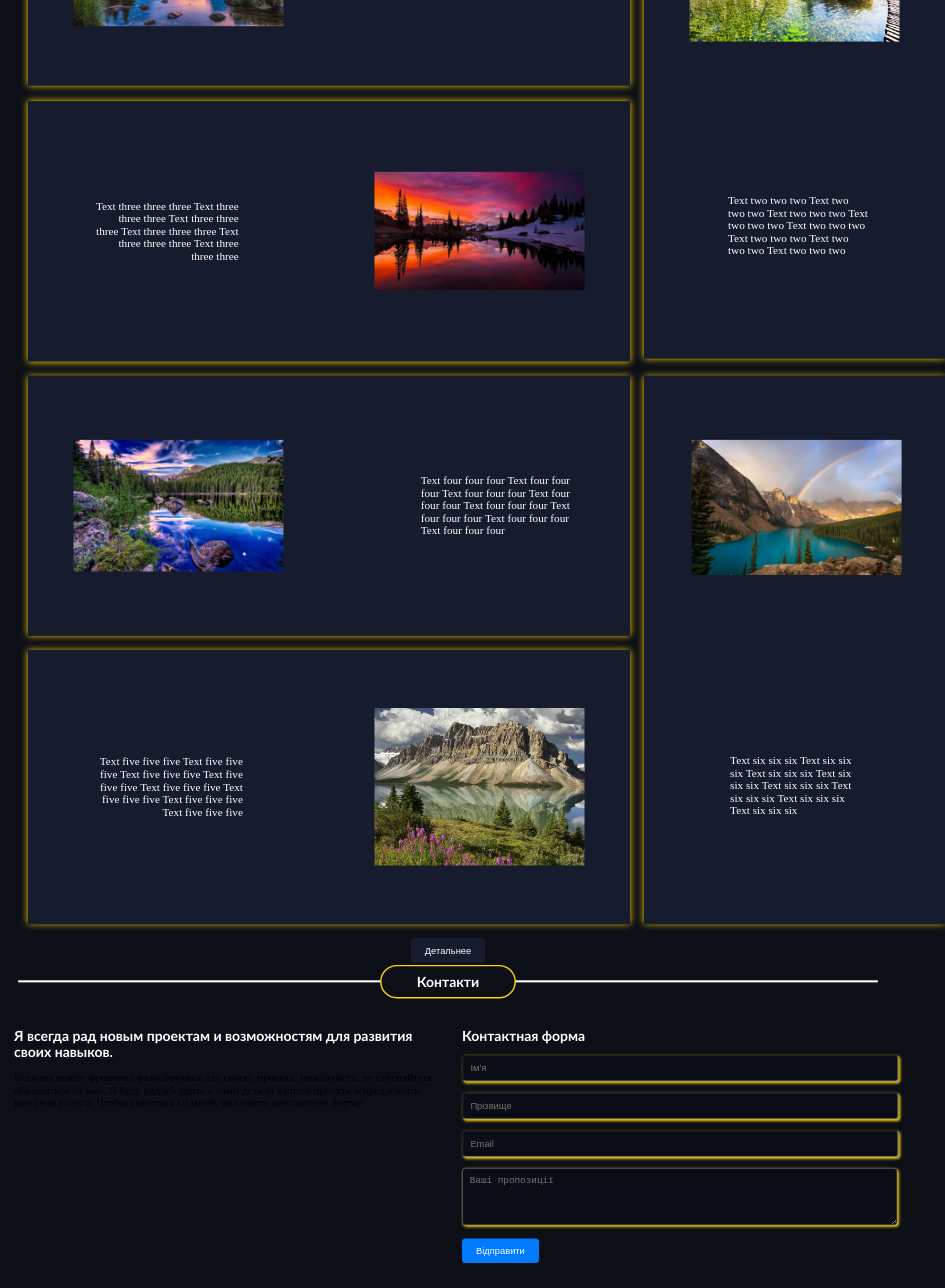
Repository: qtqqrdy13/cv-2
Page: index.html
The author's editor kept a copy of each file at every save. The page is drawn from the files as they stood at one save, then again after the next save.
The browser window is 1280 px wide. The page is 1350 px wide, so the pictures cover 1350 px, including what lies to the right of the window. The pictures show the part of the page from y = 3228 to 5068 px (the page is 5068 px tall), at 70% of full size.

Above is the page before, as saved 2023-10-12 15:52:56.

### index.html
<!DOCTYPE html>
<html lang="en">

<head>
    <link rel="stylesheet" href="main.css">
    <meta charset="UTF-8">
    <meta name="viewport" content="width=device-width, initial-scale=1.0">
    <title>Батуров Олексій</title>
</head>

<body>
    <!--Navigation-->
    <header>
        <div class="logo">
            <img src="../cv 2/image/media/logo.png" alt="logo">
        </div>
        <nav>
            <ul>
                <li><a href="">Головна</a></li>
                <li><a href="#about">Про мене</a></li>
                <li><a href="#skills">Мої скіли</a></li>
                <li><a href="#portfolio">Портфоліо</a></li>
                <li><a href="">Контакти</a></li>
            </ul>
        </nav>
    </header>
    <!--Navigation-->

    <!--Two images-->
    <div class="container-top">
        <div class="img-container">
            <img class="img-1" src="../cv 2/image/code.gif" alt="">
            <img class="img-2" src="../cv 2/image/photo_2023-09-09_18-51-06.jpg" alt="">
        </div>
        <!--Two images-->

        <!--About Oleksiy-->
        <div class="container-text">
            <div id="about"></div>
            <div class="text-block">
                <h1>Олексій Батуров</h1>
            </div>
        </div>
    </div>
    <div class="description">
        <p>Я професіонал, чия пристрасть до веб-розробки
            помітна в кожному рядку коду, який я створюю.
            За час моєї практики я набув глибоких знань у
            різних галузях веб-технологій, включаючи HTML,
            CSS, JavaScript, а також популярні фреймворки
            та бібліотеки. Мої навички дозволяють мені
            створювати унікальні та сучасні веб-сайти,
            які поєднують у собі функціональність, стиль
            та оптимальну продуктивність. </p>
    </div>
    <!--About Oleksiy-->

    <!--Edge-->
    <div id="about_us">
        <div class="announcement">
            <h2 class="title">
                Скіли
            </h2>
        </div>
    </div>
    <!--Edge-->

    <!--Skills-->
    <div id="skills"></div>
    <div class="container">
        <div class="row">
            <div class="block">
                <h2>Скіли Дизайнера</h2>
                <div class="content">
                    <ul>
                        <li>Figma</li>
                        <li>Photoshop</li>
                        <li>Illustrator</li>
                        <li>Scratch</li>
                        <li>AdobeXD</li>
                        <li>Corel Draw</li>
                    </ul>
                </div>
            </div>
            <div class="block">
                <h2>Скіли Front-End розробника</h2>
                <div class="content">
                    <ul>
                        <li>HTML</li>
                        <li>CSS</li>
                        <li>JavaScript</li>
                        <li>ReactJS</li>
                        <li>ReactNative</li>
                        <li>AngularJS</li>
                        <li>NodeJS</li>
                        <li>VueJS</li>
                        <li>JQuerry</li>
                        <li>TypeScript</li>
                        <li>PHPMyAdmin</li>
                    </ul>
                </div>
            </div>
            <div class="block">
                <h2>Володіння CMS - платформами</h2>
                <div class="content">
                    <ul>
                        <li>WordPress</li>
                        <li>OpenCard</li>
                        <li>Joomla</li>
                        <li>Drupal</li>
                        <li>TYPEO3</li>
                    </ul>
                </div>
            </div>
        </div>
    </div>
    <!--Skills-->

    <!--Edge-->
    <div id="about_us">
        <div class="announcement">
            <h2 class="title">
                Портфоліо
            </h2>
        </div>
    </div>
    <!--Edge-->

    <!--Portfolio-->
    <div class="angry-grid">
        <div id="portfolio"></div>
        <div id="item-0">
            <img src="../cv 2/image/media/1.jpg" alt="Image 0" />
            <p>Text one one one Text one one one Text one one one Text one one one
                Text one one one Text one one one Text one one one Text one one one
            </p>
        </div>
        <div id="item-1">
            <img src="../cv 2/image/media/2.jpg" alt="Image 1" />
            <p>Text two two two Text two two two Text two two two Text two two two
                Text two two two Text two two two Text two two two Text two two two
            </p>
        </div>
        <div id="item-2">
            <div class="content-container">
                <p>Text three three three Text three three three Text three three three
                    Text three three three Text three three three Text three three three
                </p>
                <img src="../cv 2/image/media/3.jpg" alt="Image 2" />
            </div>
        </div>
        <div id="item-3">
            <img src="../cv 2/image/media/4.jpg" alt="Image 3" />
            <p>Text four four four Text four four four Text four four four Text four four four
                Text four four four Text four four four Text four four four Text four four four
            </p>
        </div>
        <div id="item-4">
            <div class="content-container">
                <p>Text five five five Text five five five Text five five five Text five five five
                    Text five five five Text five five five Text five five five Text five five five
                </p>
                <img src="../cv 2/image/media/5.jpg" alt="Image 4" />
            </div>
        </div>
        <div id="item-5">
            <img src="../cv 2/image/media/6.jpg" alt="Image 5" />
            <p>Text six six six Text six six six Text six six six Text six six six
                Text six six six Text six six six Text six six six Text six six six
            </p>
        </div>
    </div>

    <div class="detail-button">
        <button>Детальнее</button>
    </div>
    <!--Portfolio-->
    <!--Edge-->
    <div id="about_us">
        <div class="announcement">
            <h2 class="title">
                Контакти
            </h2>
        </div>
    </div>
    <!--Edge-->
    </div>
    <div class="container_contact">
        <div class="text">
            <h2>Я всегда рад новым проектам и возможностям для развития своих навыков. </h2>
            <p>Если вы ищете фронтенд-разработчика для своего проекта, пожалуйста, не стесняйтесь обращаться ко мне. Я
                буду рад обсудить с вами детали вашего проекта и предложить вам свои услуги.

                Чтобы связаться со мной, заполните контактную форму</p>
        </div>
        <div class="form">
            <h2>Контактная форма</h2>
            <form method="post">
                <div class="form-group">
                    <input type="text" id="name" name="name" placeholder="Ім'я" required>
                </div>
                <div class="form-group">
                    <input type="text" id="secondname" name="secondname" placeholder="Прізвище" required>
                </div>
                <div class="form-group">
                    <input type="text" id="email" name="email" placeholder="Email">
                </div>
                <div class="form-group">
                    <textarea id="message" name="message" rows="4" placeholder="Ваші пропозиції" required></textarea>
                </div>
                <div class="form-group">
                    <button type="submit">Відправити</button>
                </div>
            </form>
        </div>
    </div>
</body>

</html>

### main.css
body {
    background-color: #0d0f17;
    margin: 0;
    padding: 0;

}

/*Navigation*/
header {
    background-color: #161C2E;
    color: white;
    padding: 10px 0px;
    position: fixed;
    top: 0;
    width: 100%;
    display: flex;
    justify-content: space-between;
    align-items: center;
    z-index: 1000;
}

.logo img {
    height: 50px;
    margin-left: 50px;
}

nav ul {
    list-style: none;
    margin-right: 50px;
}

nav li {
    display: inline;
    margin-right: 50px;
    position: relative; /* Добавляем позицию относительно элементов меню */
}

nav a {
    text-decoration: none;
    color: white;
    font-weight: bold;
    font-size: 18px;
}

nav a:hover {
    color: gold;
    font-size: 18px;
    text-shadow: 0 0 10px gold;
    transform: scale(1.05);
    transition: transform 0.6s ease-in-out;
}

/* Добавляем стили для анимации */
nav li::before {
    content: "";
    position: absolute;
    width: 100%;
    height: 2px;
    background-color: gold;
    bottom: 0;
    left: 0;
    transform: scaleX(0); /* Изначально нулевая ширина */
    transform-origin: right;
    transition: transform 0.3s ease-in-out;
}

nav li::after {
    content: "";
    position: absolute;
    width: 100%;
    height: 2px;
    background-color: gold;
    bottom: 0;
    right: 0;
    transform: scaleX(0); /* Изначально нулевая ширина */
    transform-origin: left;
    transition: transform 0.3s ease-in-out;
}

nav li:hover::before,
nav li:hover::after {
    transform: scaleX(1); /* Увеличиваем ширину до 100% */
}


/*Two images*/
.container-top {
    display: flex;
    flex-direction: column;
    align-items: center;
    width: 100%;
    overflow: visible;
    position: relative;
}

.img-container {
    width: 100%;
    max-width: 100vw;
    position: relative;
    overflow: visible;
    order: 1;
}

.img-1 {
    width: 100%;
    height: 500px;
    position: relative;
}
.img-1:hover{
    animation: slideUp 2s ease-in-out infinite alternate;
}

.img-2 {
    width: 400px;
    height: 400px;
    max-width: 100%;
    position: absolute;
    top: calc(60% + 10%);
    left: 50%;
    transform: translateX(-50%);
    z-index: 2;
    border-radius: 50%;
    transition: transform 0.5s ease;
}

.img-2:hover {
    transform: translateX(-50%) rotate(360deg);
    animation: spin 2s linear infinite;
}

@keyframes spin {
    0% { transform: translateX(-50%) rotate(0deg); }
    100% { transform: translateX(-50%) rotate(360deg); }
}

@keyframes slideUp {
    0% {
        transform: translateY(0);
    }

    100% {
        transform: translateY(-20px);
    }
}

@media screen and(max-width: 768px) {
    .container {
        padding: 2px;
    }

    .img-1,
    .img-2 {
        height: auto;
    }
}

/*About Oleksiy*/
.container-text {
    display: flex;
    flex-direction: column;
    align-items: center;
    justify-content: center;
    height: 100vh;
    order: 2;
}

.text-block {
    width: 530px;
    height: 214px;
    font-size: 60px;
    text-align: center;
    color: white;
    animation: fadeIn 2s ease-in-out;
    margin: 0 auto;
}

.description {
    width: 700px;
    height: 256px;
    text-align: center;
    color: white;
    animation: slideIn 2s ease-in-out;
    margin: 0 auto;
    margin-bottom: 10%;
}

@keyframes fadeIn {
    0% {
        opacity: 0;
    }

    100% {
        opacity: 1;
    }
}

@keyframes slideIn {
    0% {
        transform: translateY(-20px);
        opacity: 0;
    }

    100% {
        transform: translateY(0);
        opacity: 1;
    }
}

/* Адаптация для мелких скринов */
@media (max-width: 600px) {
    .text-block {
        font-size: 36px;
    }

    .description {
        font-size: 18px;
    }
}

/* Адаптация для планшей */
@media (min-width: 601px) and (max-width: 1024px) {
    .text-block {
        font-size: 48px;
    }

    .description {
        font-size: 24px;
    }
}

@media (min-width: 1025px) {
    .text-block {
        font-size: 72px;
    }

    .description {
        font-size: 30px;
    }
}

/*Edge*/
.announcement {
    height: 3px;
    background-color: white;
    display: flex;
    justify-content: center;
    align-items: center;
    margin: 2% 2%;
}

.title {
    animation-name: fade-in;
    animation-duration: 0.3s;
    text-align: center;
    text-decoration: none;
    color: white;
    border: 2px solid gold;
    background-color: #0d0f17;
    border-radius: 30px;
    padding: 10px 50px;
}

.title:hover {

    color: gold;
    font-size: 26px;
    box-shadow: 0 0 6px gold;
}

@keyframes fade-in {
    from {
        opacity: 0;
    }

    to {
        opacity: 1;
    }
}

/*Skills*/
.container {
    display: flex;
    flex-direction: column;
    align-items: center;
}

.row {
    display: flex;
    flex-wrap: wrap;
    justify-content: space-between;
}

.block {
    border: 2px solid gold;
    margin: 10px;
    padding: 20px;
    animation: fade-in 1s ease-in-out;
    width: calc(50% - 20px);
    height: 400px;
    box-shadow: 1px 1px 6px gold;
    text-align: center;
    box-sizing: border-box;
    display: flex;
    flex-direction: column;
    justify-content: flex-start;
    align-items: center;
}

.block:hover {
    box-shadow: 2px 2px 12px gold;
}

h2 {
    font-size: 20px;
    font-family: 'Trebuchet MS', 'Lucida Sans Unicode', 'Lucida Grande', 'Lucida Sans', Arial, sans-serif;
    margin-top: 10px 0 0 0;
    color: white;
}

.content {
    display: flex;
    flex-direction: column;
    align-items: center;
    justify-content: center;
    height: 100%;
}

.content ul {
    list-style-type: square;
    padding-left: 20px;
    margin: 0;
}

h2:hover {
    font-size: 21px;
    text-shadow: 0px 0px 12px white;
}

.content li {
    font-size: 18px;
    color: white;
}

.content li:hover {
    font-size: 19px;
    text-shadow: 0px 0px 12px white;
}

@keyframes fade-in {
    0% {
        opacity: 0;
    }

    100% {
        opacity: 1;
    }
}

@media screen and (max-width: 1024px) {
    .block {
        padding: 10px;
        width: calc(50% - 20px);
        height: 250px;
    }

    .block h2 {
        font-size: 18px;
    }

    .content li {
        font-size: 16px;
    }
}

@media screen and (max-width: 750px) {
    .block {
        padding: 10px;
        width: calc(50% - 20px);
        height: 200px;
    }

    .block h2 {
        font-size: 16px;
    }

    .content li {
        font-size: 14px;
    }
}


@media screen and (min-width: 1200px) {
    .block {
        width: 400px;
        height: 400px;
    }

    .row {
        justify-content: center;
        width: calc(65% - 10px)
    }
}

/*Portfolio*/
.angry-grid {
    display: grid;
    grid-template-rows: 1fr 1fr 1fr 1fr;
    grid-template-columns: 1fr 1fr 1fr 1fr 1fr;
    margin: 0 auto;
    max-width: 1200px;
    padding: 0 15px;
}

#item-0 {
    background-color: #161C2E;
    grid-row-start: 1;
    grid-column-start: 1;
    grid-row-end: 2;
    grid-column-end: 3;
    margin-bottom: 20px;
    width: 860px;
    height: 370px;
    box-shadow: 0 0 10px gold;
    display: grid;
    grid-template-columns: 3fr 1fr;
    align-items: center;
    transition: transform 0.6s ease-in-out;
}

#item-0:hover {
    box-shadow: 0 0 18px gold;
    border-radius: 10px;
    transform: scale(1.05);
}

#item-0 img {
    max-width: 300px;
    max-height: 300px;
    margin-left: 65px;
}

#item-0 p {
    margin-right: 90px;
    margin-left: -90px;
    color: white;
}

#item-1 {
    background-color: #161C2E;
    grid-row-start: 1;
    grid-column-start: 3;
    grid-row-end: 3;
    grid-column-end: 4;
    margin-left: 20px;
    width: 430px;
    height: 760px;
    box-shadow: 0 0 10px gold;
    display: grid;
    grid-template-columns: 1fr;
    grid-template-rows: 1fr auto;
    align-items: center;
    justify-items: center;
    transition: transform 0.6s ease-in-out;
}

#item-1:hover {
    box-shadow: 0 0 18px gold;
    border-radius: 10px;
    transform: scale(1.05);
}

#item-1 img {
    max-width: 300px;
    max-height: 300px;
    margin-top: -100px;

}

#item-1 p {
    margin-right: 90px;
    margin-bottom: 125px;
    margin-left: 100px;
    color: white;
    padding: 20px;
}

#item-2 {
    background-color: #161C2E;
    grid-row-start: 2;
    grid-column-start: 1;
    grid-row-end: 3;
    grid-column-end: 3;
    margin-bottom: 20px;
    box-shadow: 0 0 10px gold;
    display: grid;
    grid-template-columns: 1fr;
    align-items: center;
    transition: transform 0.6s ease-in-out;
}

#item-2 .content-container {
    display: flex;
    flex-direction: row;
    align-items: center;
    justify-content: space-between;
}

#item-2 img {
    max-width: 300px;
    max-height: 300px;
    margin-right: 65px;
}

#item-2 p {
    flex: 1;
    margin-right: 20px;
    color: white;
    text-align: right;
    margin-right: 100px;
    padding: 94px;
}

#item-2:hover {
    box-shadow: 0 0 18px gold;
    border-radius: 10px;
    transform: scale(1.05);
}

#item-3 {
    background-color: #161C2E;
    grid-row-start: 3;
    grid-column-start: 1;
    grid-row-end: 4;
    grid-column-end: 3;
    margin-bottom: 20px;
    box-shadow: 0 0 10px gold;
    display: flex;
    align-items: center;
    justify-content: center;
    transition: transform 0.6s ease-in-out;
}

#item-3:hover {
    box-shadow: 0 0 18px gold;
    border-radius: 10px;
    transform: scale(1.05);
}

#item-3 img {
    max-width: 300px;
    max-height: 300px;
    margin-left: 65px;
}

#item-3 p {
    margin-right: -50px;
    margin-left: 71px;
    color: white;
    padding: 125px;
}

#item-4 {
    background-color: #161C2E;
    grid-row-start: 4;
    grid-column-start: 1;
    grid-row-end: 5;
    grid-column-end: 3;
    box-shadow: 0 0 10px gold;
    display: grid;
    grid-template-columns: 1fr auto;
    align-items: center;
    transition: transform 0.6s ease-in-out;
}

#item-4 .content-container {
    display: flex;
    flex-direction: row;
    align-items: center;
    justify-content: space-between;
    flex-wrap: nowrap;
}

#item-4 img {
    max-width: 300px;
    max-height: 300px;
    margin-right: 65px;
}

#item-4 p {
    color: white;
    text-align: right;
    margin-right: 129px;
    margin-left: 43px;
    padding: 59px;
}

#item-4:hover {
    box-shadow: 0 0 18px gold;
    border-radius: 10px;
    transform: scale(1.05);
}

#item-5 {
    background-color: #161C2E;
    grid-row-start: 3;
    grid-column-start: 3;
    grid-row-end: 5;
    grid-column-end: 4;
    margin-left: 20px;
    box-shadow: 0 0 10px gold;
    display: grid;
    grid-template-rows: 1fr auto;
    justify-content: center;
    align-items: center;
    align-content: space-between;
    transition: transform 0.6s ease-in-out;
}

#item-5 img {
    max-width: 300px;
    max-height: 300px;
    margin-top: -124px;
    margin-left: 68px;
}

#item-5 p {
    margin-right: 90px;
    margin-bottom: 130px;
    margin-left: 100px;
    color: white;
    padding: 23px;
}

#item-5:hover {
    box-shadow: 0 0 18px gold;
    border-radius: 10px;
    transform: scale(1.05);
}

@media (max-width: 768px) {
    .angry-grid {
        grid-template-columns: 1fr 1fr;
        max-width: 768px;
        margin-left: 0;
    }
}

@media (min-width: 1313px) {
    .angry-grid {
        max-width: 1313px;
        padding: 45px 20px;
    }
}

/* Стили для .detail-button */
.detail-button {
    text-align: center;
    margin-top: 20px;
}

.detail-button button {
    padding: 10px 20px;
    background-color: #161C2E;
    color: white;
    border: none;
    border-radius: 5px;
    cursor: pointer;
}

.detail-button button:hover {
    background-color: #161C2E;
    box-shadow: 0 0 12px white;
}
.container_contact {
    display: flex;
    justify-content: space-between;
    border-radius:15px;

}

.text {
    flex: 1;
    padding: 20px;
}

.form {
    flex: 1;
    padding: 20px;
    border-radius: 5px;
    border:none;
}

.form-group {
    margin-bottom: 15px;
}

.form-group label {
    display: block;
    margin-bottom: 5px;
    font-weight: bold;

}

.form-group input[type="text"],
.form-group textarea {
    width: 100%;
    padding: 10px;
    border-radius: 5px;
    background-color:#0a0d15;
    box-shadow:2px 2px 4px gold;
}
.form-group input[type="text"]:focus,
.form-group textarea:focus{
border:none;
}
.form-group button {
    background-color: #007BFF;
    color: #fff;
    border: none;
    padding: 10px 20px;
    border-radius: 5px;
    cursor: pointer;
}

.form-group button:hover {
    background-color: #0056b3;
}

After the next save:
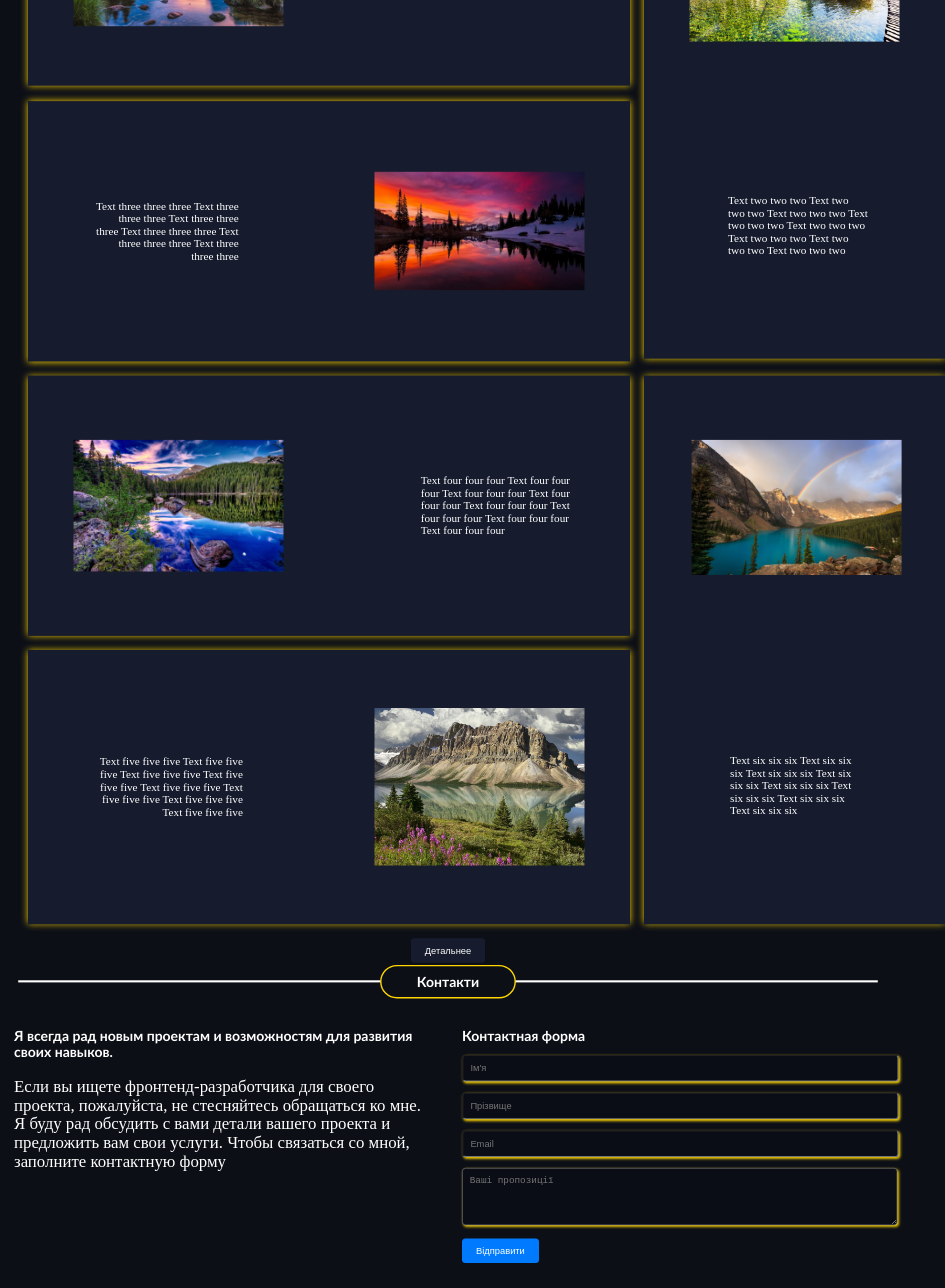
Saved 81 s later.
--- a/main.css
+++ b/main.css
@@ -677,7 +677,10 @@ h2:hover {
     border-radius:15px;
 
 }
-
+.text p{
+    color:white;
+    font-size:24px;
+}
 .text {
     flex: 1;
     padding: 20px;
